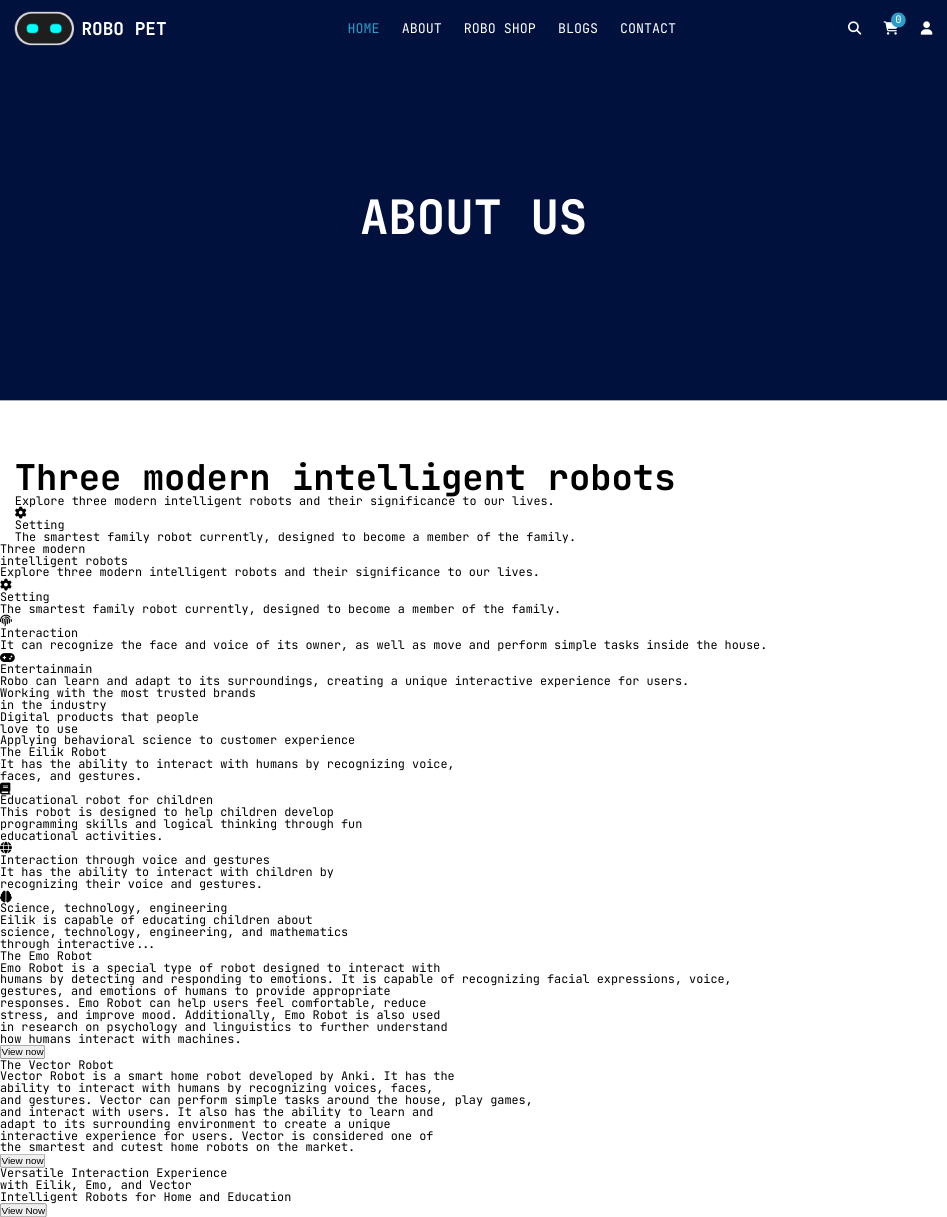
Repository: trietle101/du-an-1
Page: about.html
The author's editor kept a copy of each file at every save. The page is drawn from the files as they stood at one save, then again after the next save.
The browser window is 1280 px wide. The pictures show the whole page, at 74% of full size.
Some web libraries are served in a nearby version.

Above is the page before, as saved 2023-03-12 22:14:00.

After the next save:
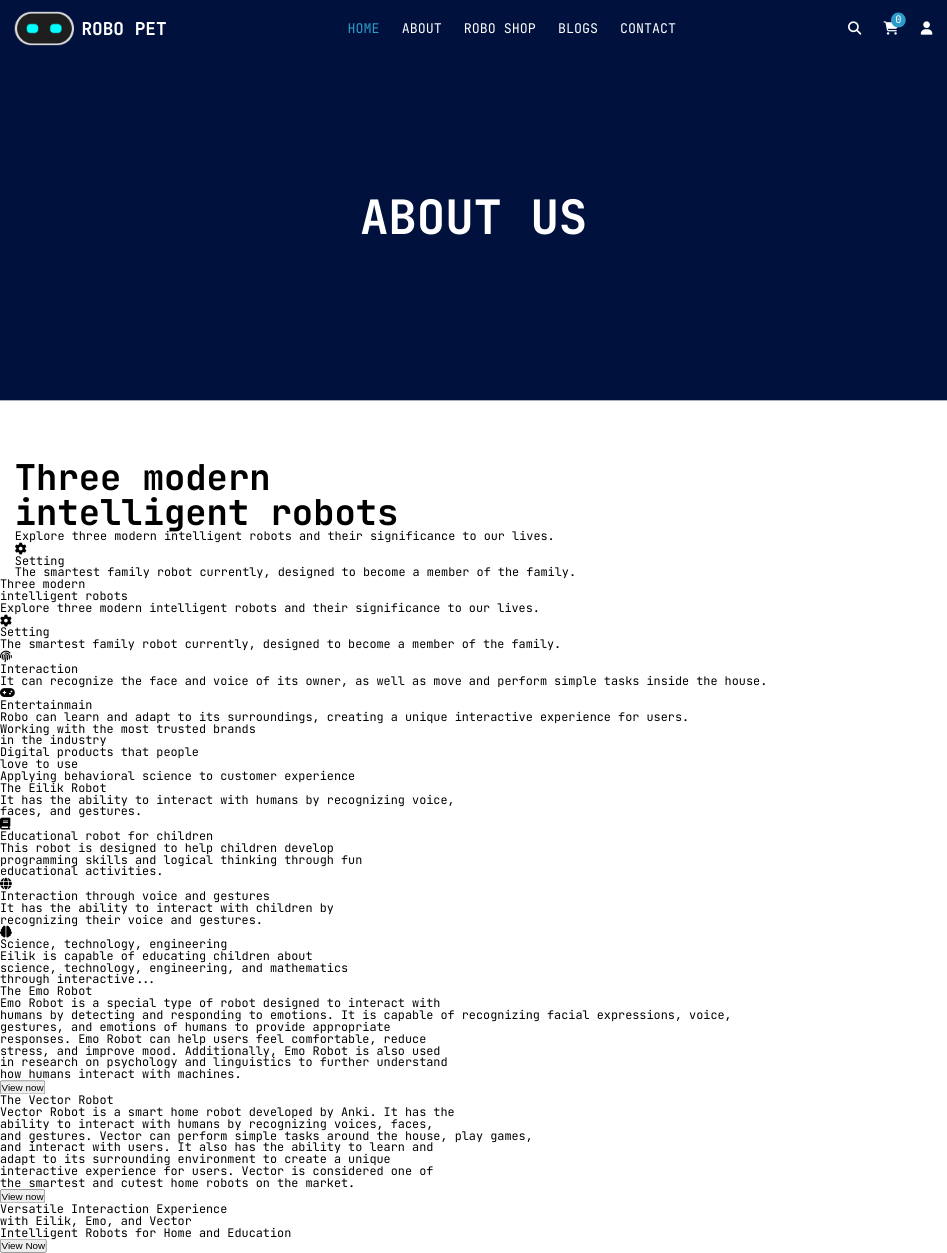
Saved 12 s later.
--- a/about.html
+++ b/about.html
@@ -71,7 +71,7 @@
     </header>
     <section class="modern">
       <div class="container">
-        <h2 class="modern-title">Three modern intelligent robots</h2>
+        <h2 class="modern-title">Three modern <br> intelligent robots</h2>
         <p class="modern-desc">Explore three modern intelligent robots and their significance to our lives.</p>
         <div class="modern-box">
           <div class="modern-item">
